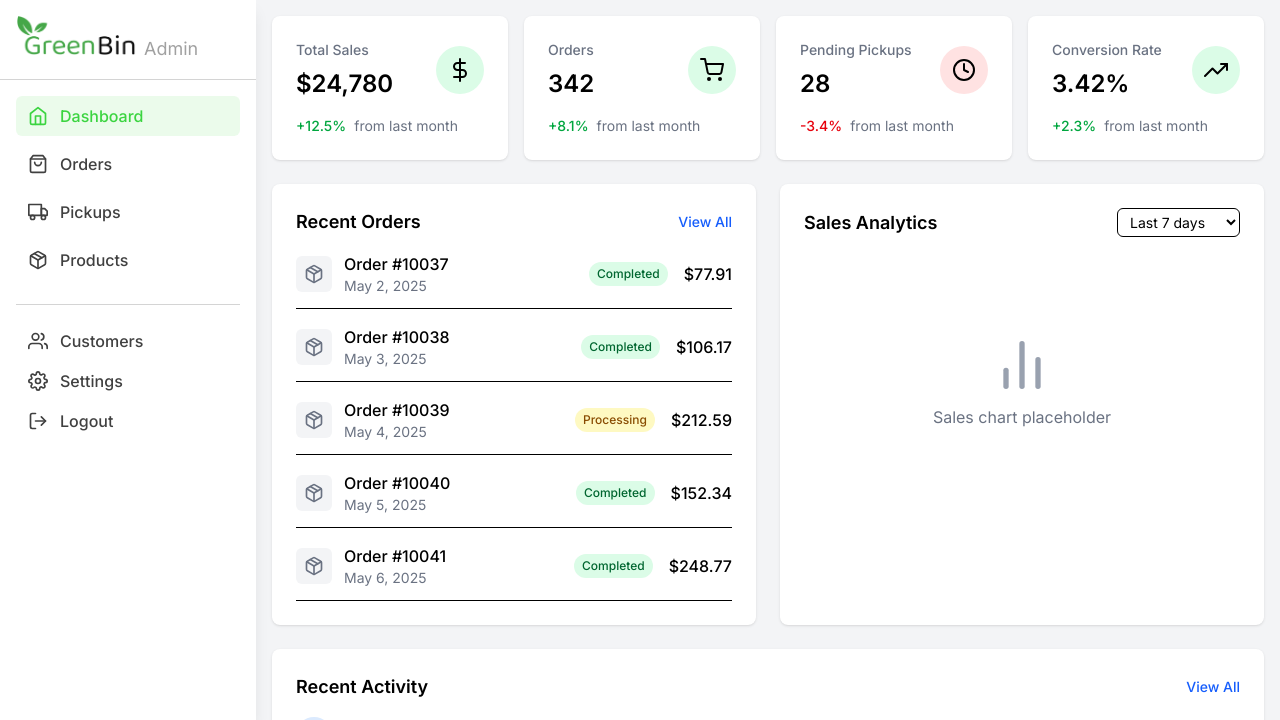
Repository: Siddhu123456/Plastic-Waste-Management
Page: /dashboard (app in frontend/)
These files come from the project's save history. The page is drawn as it stood at one moment and after the next save; the edit follows.
The browser window is 1280 px wide. The pictures show the whole page.
An inner scrolling area shows only its first screen. The project was rebuilt for these pictures with package versions that can differ from the ones it lists, and the page was loaded fresh each time. Also part of the build but not shown: frontend/vite.config.js, frontend/src/components/ProductCard.jsx, frontend/src/components/TrendingProductsCarousel.jsx, frontend/src/pages/Home.jsx, frontend/src/components/FilterBar.jsx, frontend/src/components/Loader.jsx, frontend/src/pages/customer/Shop.jsx, frontend/src/pages/customer/Recycle.jsx and 22 more. Imported but missing from the stored project, and not drawn on this page: frontend/src/pages/Help, frontend/src/pages/customer/WishList.

Above is the page before, as saved 2025-05-06 20:20:56.

After the next save:
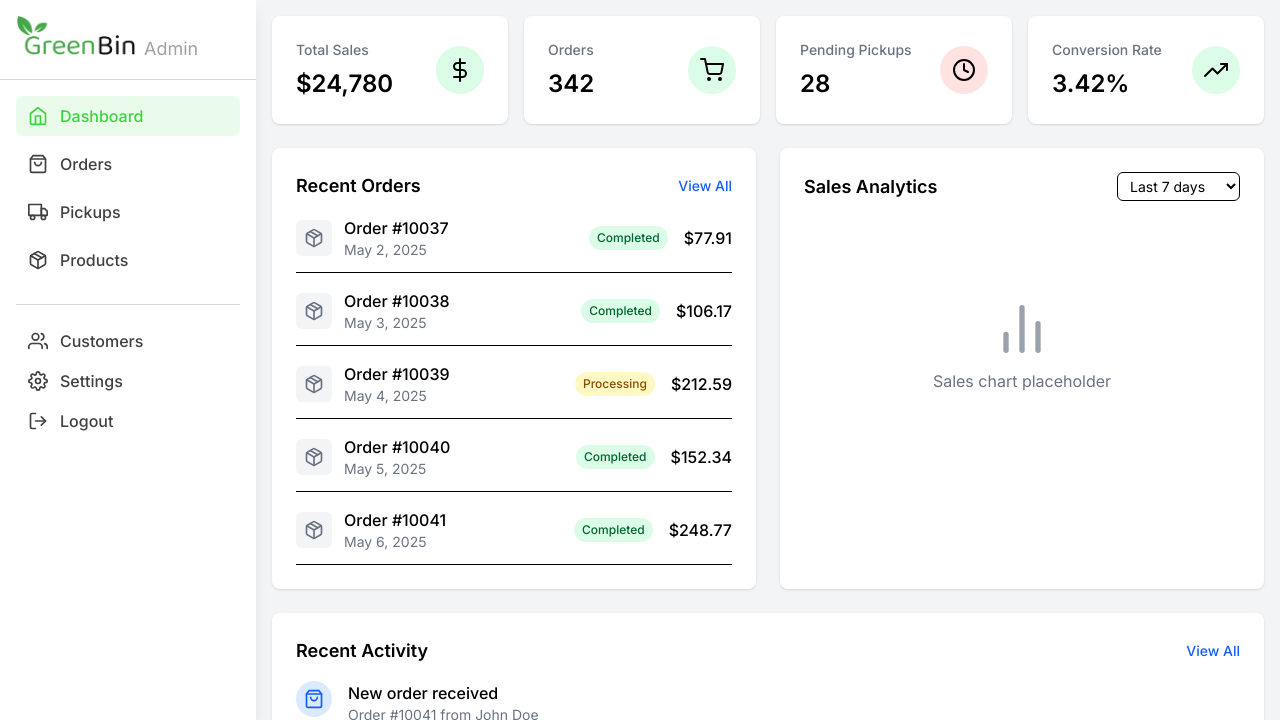
Saved 46 min 57 s later.
--- a/frontend/src/components/StatCard.jsx
+++ b/frontend/src/components/StatCard.jsx
@@ -10,12 +10,6 @@ const StatCard = ({ title, value, change, icon, positive }) => {
             {icon}
           </div>
         </div>
-        <div className="mt-4 flex items-center">
-          <span className={`text-sm font-medium ${positive ? 'text-green-600' : 'text-red-600'}`}>
-            {change}
-          </span>
-          <span className="text-sm text-gray-500 ml-2">from last month</span>
-        </div>
       </div>
     );
   };
